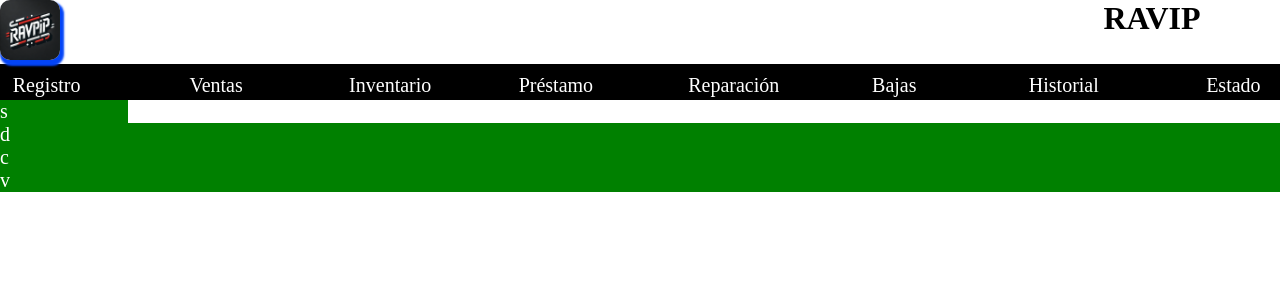
Repository: ye909/RAVPIP
Page: index.html
The author's editor kept a copy of each file at every save. The page is drawn from the files as they stood at one save, then again after the next save.
The browser window is 1280 px wide. The pictures show the whole page.

Above is the page before, as saved 2025-04-03 12:50:47.

### index.html
<!DOCTYPE html>
<html lang="es">
<head>
    <meta charset="UTF-8">
    <meta name="viewport" content="width=device-width, initial-scale=1.0">
    <title>Estado</title>
    <link rel="stylesheet" href="./src/css/heder.css">
</head>
<body>

    <div class="containerTituloLogo">
        <div><img src="./src/imagenes/logo2.webp" alt="Logo" class="imglogo"></div>
        <h1>RAVIP</h1>

    </div>
    <nav>
        <ul>
            <li><a href="./src/templei/registroPortatil.html" target="_self" aria-label="Abrir Registro">Registro</a></li>
            <li><a href="./src/templei/ventasPortatil.html" target="_self" aria-label="Abrir Ventas">Ventas</a></li>
            <li><a href="">Inventario</a></li>
            <li><a href="./src/templei/prestamoPortatil.html" target="_self" aria-label="Abrir >Préstamo">Préstamo</a></li>
            <li><a href="./src/templei/reparacionPortatil.html" target="_self" aria-label="Abrir Reparación">Reparación</a></li>
            <li><a href="./src/templei/bajasPortatil.html" target="_self" aria-label="Abrir Bajas">Bajas</a></li>
            <li><a href="./src/templei/historial.html" target="_self" aria-label="Abrir Historial">Historial</a></li>
            <li><a href="" id="itemEstado"target="_self" aria-label="Abrir Estado">Estado</a></li>
        </ul>
    </nav>

       <aside>
        <div class="cajaverde">s</div>
       <div class="sudmenu">
        <div>d</div>
        <div>c</div>
        <div></div>
        <div>v</div>
       </div>
       </aside>
       <section>

       </section>
<!--


    <div class="containerProgreso" id="containerProgreso">
        <div class="subcontainerProgreso"><p id="contadorProgreso1"><span class="tituloProceso">Historial</span> <br> 0%</p></div>
        <div class="subcontainerProgreso"><p id="contadorProgreso2"><span class="tituloProceso">Reparado</span> <br> 0%</p></div>
        <div class="subcontainerProgreso"><p id="contadorProgreso3"><span class="tituloProceso">Nuevo</span> <br> 0%</p></div>
        <div class="subcontainerProgreso"><p id="contadorProgreso4"><span class="tituloProceso">Disponible</span> <br> 0%</p></div>
        <div class="subcontainerProgreso"><p id="contadorProgreso5"><span class="tituloProceso">Stock</span> <br> 0%</p></div>
    </div>

    <div>
        <aside>
<div>color verde</div>

        </aside>
    </div> -->
    <script src="./src/js/heder.js"></script>
</body>
</html>

### src/css/heder.css
*{
  margin: 0;
  padding: 0;
  background-attachment: fixed;
  background-size: cover;
  transition:0.6 ;
}
.containerTituloLogo {
  display: flex;
  justify-content: space-between;
}
.containerTituloLogo h1 {
  font-size: clamp(2rem, 6vw ,2rem );
  text-align: center;
  flex-grow: 1;

}
.containerTituloLogo img{
width: min(60px, 100%);
border-radius:10px ;
box-shadow: 2px 4px 2px 2px rgb(3, 68, 247);
}
nav{
  width: 100%;
  background:black;
  height: 5vh;

}
ul{
  display: flex;
  justify-content: space-between;
  text-align: center;
  flex-flow: row;
  flex-wrap: wrap;
  padding: 10px;
  list-style: none;
}
li{
  width: 5.8%;
  height: 3.8vh;
}
li:hover{
  background:rgb(3, 151, 3);

}
 a{
  text-decoration: none;
  font-size: 20px;;
  color:white;
}
aside{
  font-size: 20px;
  color:white;
}
:is(.colormenu,.cajaverde){
  width: 10%;
}
:is(.sudmenu,.cajaverde){
  background:green;
}

.colormenu{
  background:black;

}
/*


header {
    background-color: #f8f9fa;
    padding: 5px;
    border-bottom: 1px solid #dddddd;
    display: flex;
    flex-direction: column;
    align-items: center;
    gap: 10px;
}


.containerTituloLogo,.containerProgreso{
    display: flex;
    justify-content: center;
    align-items: center;
    gap: 20px;
    flex-wrap: wrap;
    width: 100%;
    padding: 20px;
}
.imglogo {
    object-fit: cover;
    width: 70px;
    height: auto;
    flex-shrink: 0;
    border-radius: 6px;
}

nav ul {
    display: flex;
    justify-content: center;
    gap: 15px;
    list-style: none;
    padding: 0;
    margin: 0;
    flex-wrap: wrap;
}

nav ul li {

    padding: 5px 10px;
    cursor: pointer;
}
a{
    text-decoration: none;
}
a:hover{
    border-bottom:black 2px solid;
}
.containerProgreso{


    display: none;
}

 .containerProgreso p {
    text-align: center;
    font-size: clamp(0.7rem, 7vw ,0.7rem );
    font-weight: bolder;
}

 .subcontainerProgreso{
    width: 4%;
    height: 7vh;
    background: rgb(254, 251, 251);
    padding: 10px;
    border-radius: 80px;
 box-shadow: 1px 1px 1px 1px black;
    border-top: 2px solid #0817f5;
    border-left: 2px solid #1bf806;
} */
<<<<<<< HEAD

  /* Estilo general
  body {
    font-family: 'Arial', sans-serif;
    background-color: #f4f4f4;
    color: #333;
  }

  Estilo de la cabecera
  header {
    background-color: #333;
    color: white;
    padding: 20px 0;
    display: flex;
    justify-content: space-between;
    align-items: center;
    padding: 10px 20px;
  }

  header .logo h1 {
    font-size: 30px;
  }

  header nav ul {
    list-style: none;
    display: flex;
    gap: 20px;
  }

  header nav ul li a {
    text-decoration: none;
    color: white;
    font-weight: bold;
  }

  Estilo de la sección de tarjetas
  .product-cards {
    padding: 50px 20px;
    text-align: center;
    background-color: #fff;
  }

  .product-cards h2 {
    margin-bottom: 30px;
    font-size: 28px;
  }

  .cards-container {
    display: grid;
    grid-template-columns: repeat(auto-fill, minmax(250px, 1fr));
    gap: 20px;
    justify-items: center;
  }

  .card {
    background-color: #fff;
    border-radius: 10px;
    box-shadow: 0 2px 10px rgba(0, 0, 0, 0.1);
    overflow: hidden;
    width: 300px;
    text-align: center;
    padding: 20px;
  }

  .card img {
    width: 100%;
    height: auto;
    border-radius: 10px;
  }

  .card h3 {
    margin: 15px 0;
    font-size: 22px;
  }

  .card p {
    font-size: 16px;
    margin-bottom: 20px;
  }

  .card button {
    background-color: #333;
    color: white;
    border: none;
    padding: 10px 20px;
    font-size: 16px;
    cursor: pointer;
    border-radius: 5px;
  }

  .card button:hover {
    background-color: #555;
  }

  /* Estilo de pie de página
  footer {
    background-color: #333;
    color: white;
    padding: 20px;
    text-align: center;
  }



.card img{
  object-fit: cover;
  width: min(100px,80%);
}
footer{
    display: flex;

}
.footer-content p {
    font-size: clamp(0.5m, 1vw, 0.6rem);
  }
=======

>>>>>>> alexcasa

### src/js/heder.js




// const itemEstado=document.getElementById('itemEstado');
// const containerProgreso=document.getElementById('containerProgreso');


// itemEstado.addEventListener('click',(e)=>{
//     e.preventDefault();
//     containerProgreso.style.display='inline';
//     containerProgreso.style.display='flex';
// });


// // Si deseas agregar una funcionalidad adicional como redirigir al usuario al hacer clic en los botones, puedes usar este código.

// const buttons = document.querySelectorAll('.card button');

// buttons.forEach(button => {
//   button.addEventListener('click', () => {
//     alert('Serás redirigido a la página del producto.');
//     // Aquí puedes redirigir al usuario a la página del producto
//     // window.location.href = 'producto.html'; // Por ejemplo
//   });
// });

After the next save:
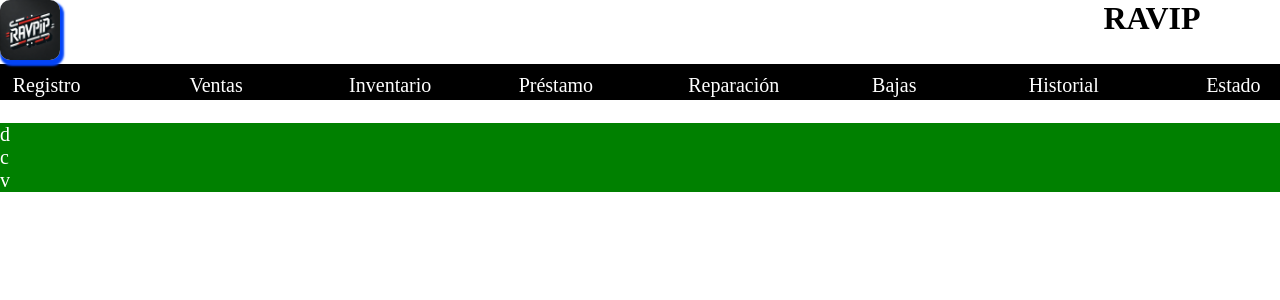
Saved 3 min 29 s later.
--- a/src/css/heder.css
+++ b/src/css/heder.css
@@ -55,9 +55,11 @@ aside{
 :is(.colormenu,.cajaverde){
   width: 10%;
 }
-:is(.sudmenu,.cajaverde){
-  background:green;
-}
+.sudmenu,.cajaverde:scope p {
+  background:green; /* Solo afecta los <p> dentro de #contenedor */
+}
+
+
 
 .colormenu{
   background:black;

After the 3 saves that followed:
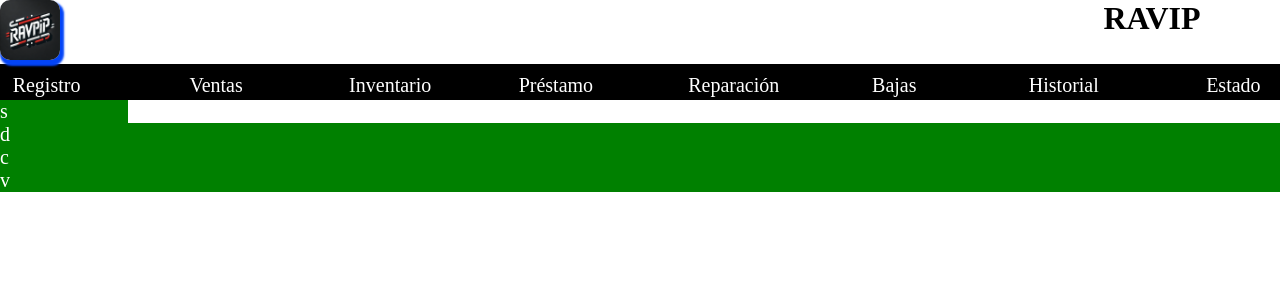
The 3 saves are shown as one change because 2 left the picture as it was.
The last was saved 45 s later.
--- a/src/css/heder.css
+++ b/src/css/heder.css
@@ -55,11 +55,10 @@ aside{
 :is(.colormenu,.cajaverde){
   width: 10%;
 }
-.sudmenu,.cajaverde:scope p {
-  background:green; /* Solo afecta los <p> dentro de #contenedor */
-}
-
-
+
+:is(.sudmenu,.cajaverde){
+  background:green;
+}
 
 .colormenu{
   background:black;
